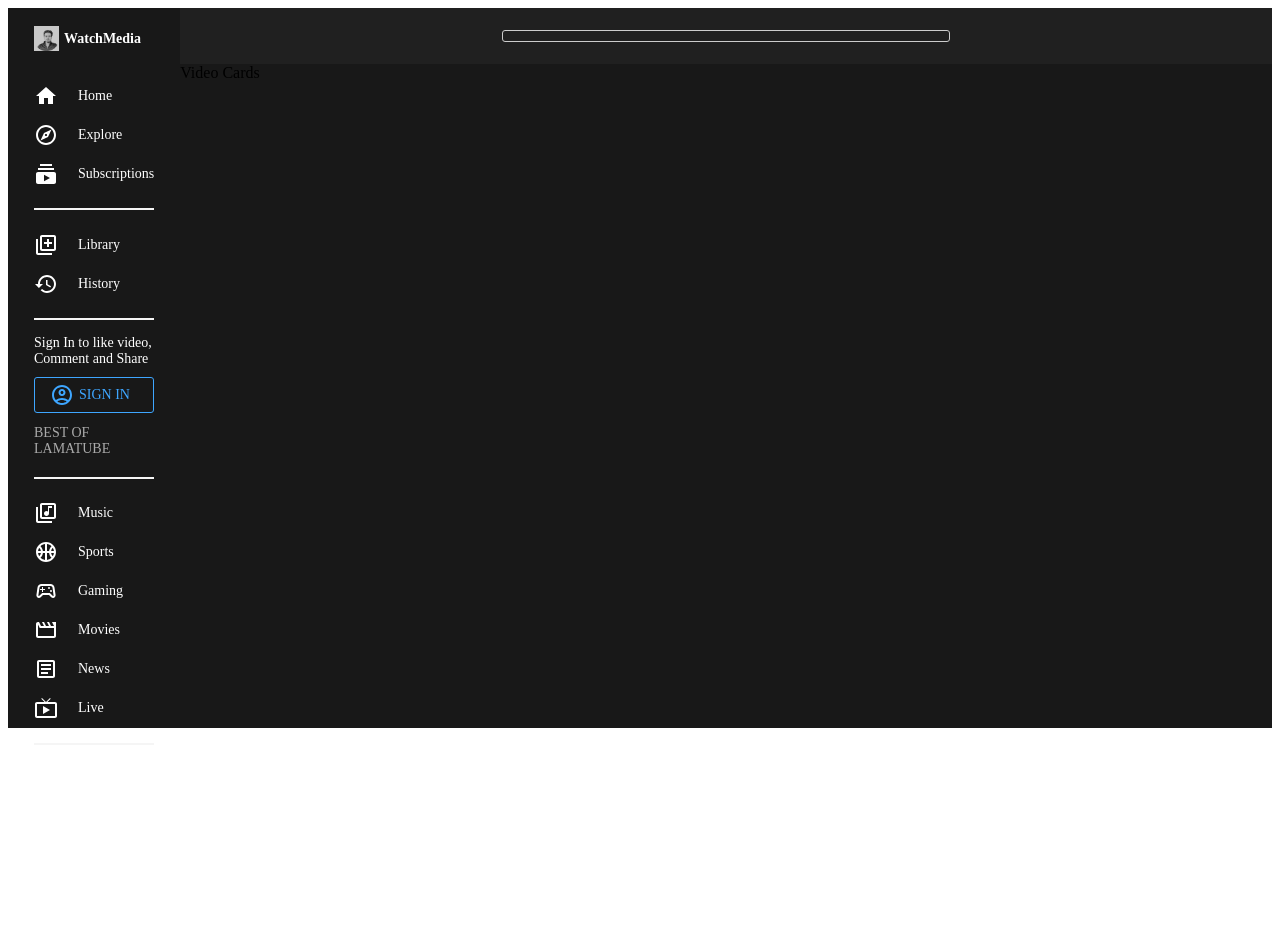
Repository: inzamamahmad3/final-year-project-skeleton
Page: /video
An editor plug-in stored every save of this project. The page is shown before and after a run of saves, followed by the edit.
The browser window is 1280 px wide. The pictures show the whole page.
The project was rebuilt for these pictures with package versions that can differ from the ones it lists, and the page was loaded fresh each time.

Above is the page before, as saved 2023-07-18 11:38:09.

After the next 2 saves:
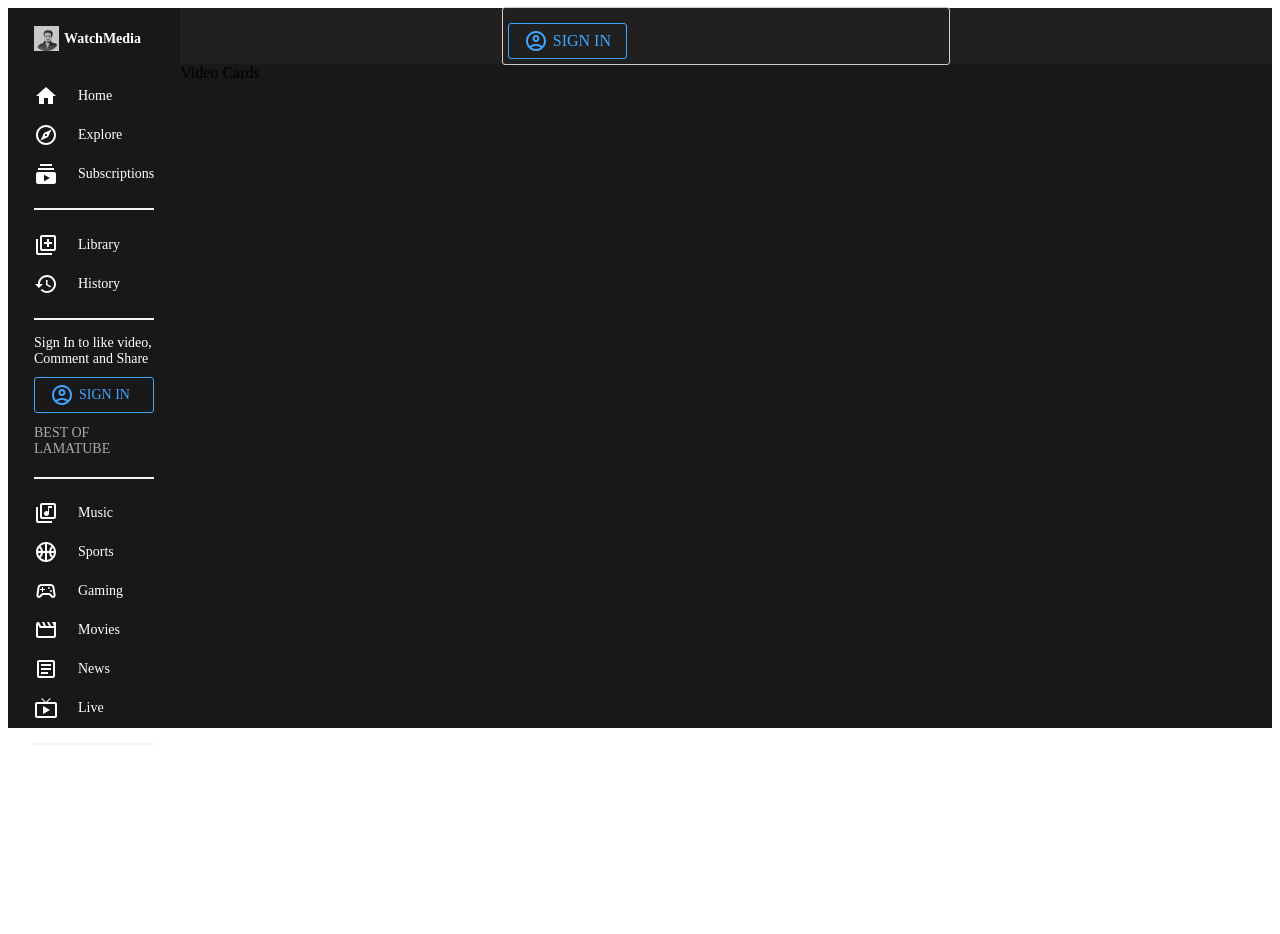
The 2 saves are shown as one change because 1 did not build or start.
The last was saved 32 s later.
--- a/src/components/Navbar.jsx
+++ b/src/components/Navbar.jsx
@@ -1,5 +1,6 @@
 import React from "react";
 import styled from "styled-components";
+import AccountCircleOutlinedIcon from "@mui/icons-material/AccountCircleOutlined";
 
 const Container = styled.div`
   position: sticky;
@@ -55,7 +56,11 @@ const Navbar = () => {
   return (
     <Container>
       <Wrapper>
-        <Search></Search>
+        <Search>
+          <Button>
+            <AccountCircleOutlinedIcon /> SIGN IN
+          </Button>
+        </Search>
       </Wrapper>
     </Container>
   );
